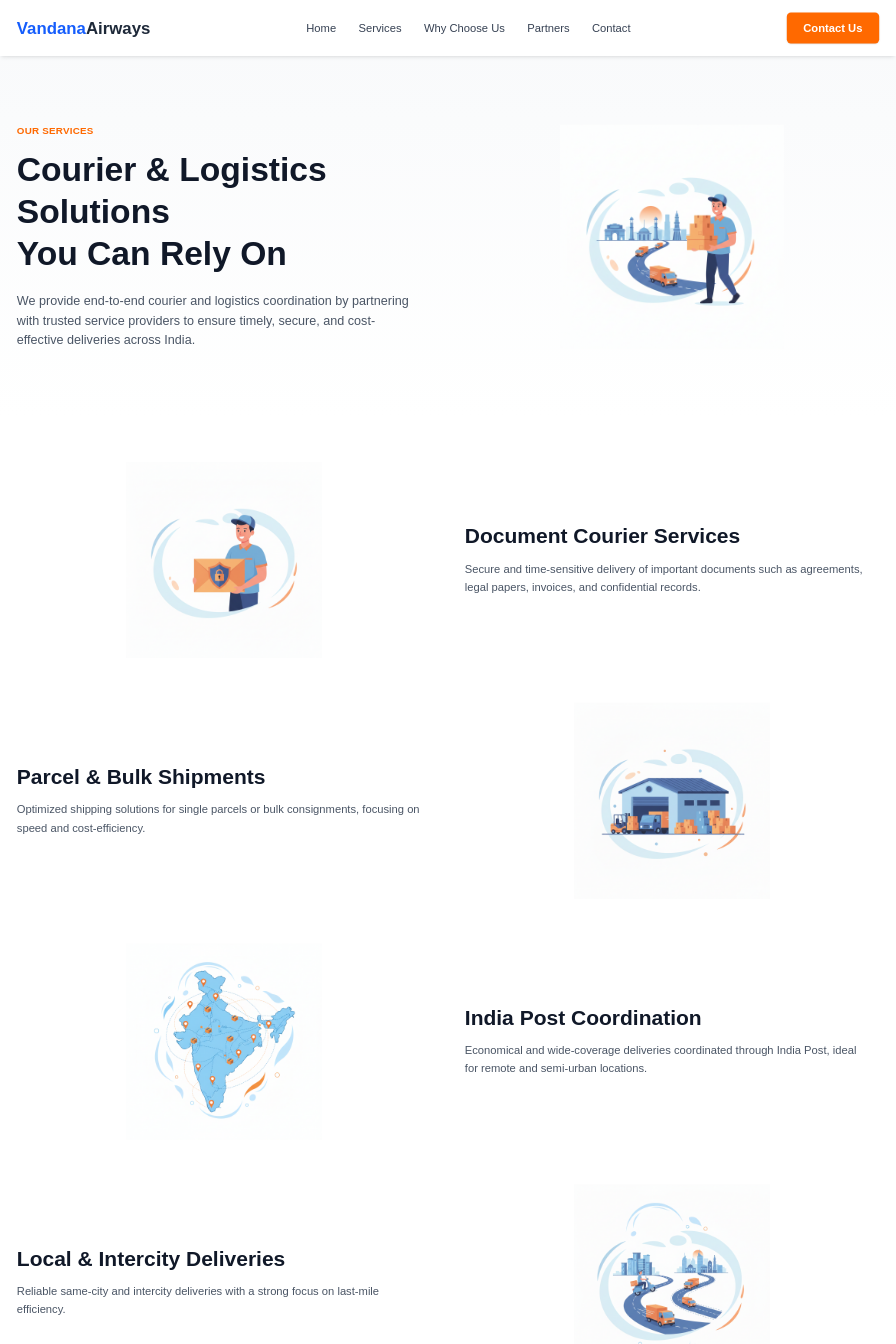
Repository: Rohit-foryou/Courier-Portfolio
Page: /services
The author's editor kept a copy of each file at every save. The page is drawn from the files as they stood at one save, then again after the next save.
The browser window is 1280 px wide. The pictures show the part of the page from y = 0 to 1920 px (the page is 4260 px tall before and 4212 px after), at 70% of full size.
The project was rebuilt for these pictures with package versions that can differ from the ones it lists, and the page was loaded fresh each time. The framework's server and built-in components were replaced by stand-ins that run in the browser. Also part of the build but not shown: next.config.ts.

Above is the page before, as saved 2026-02-10 00:38:03.

After the next save:
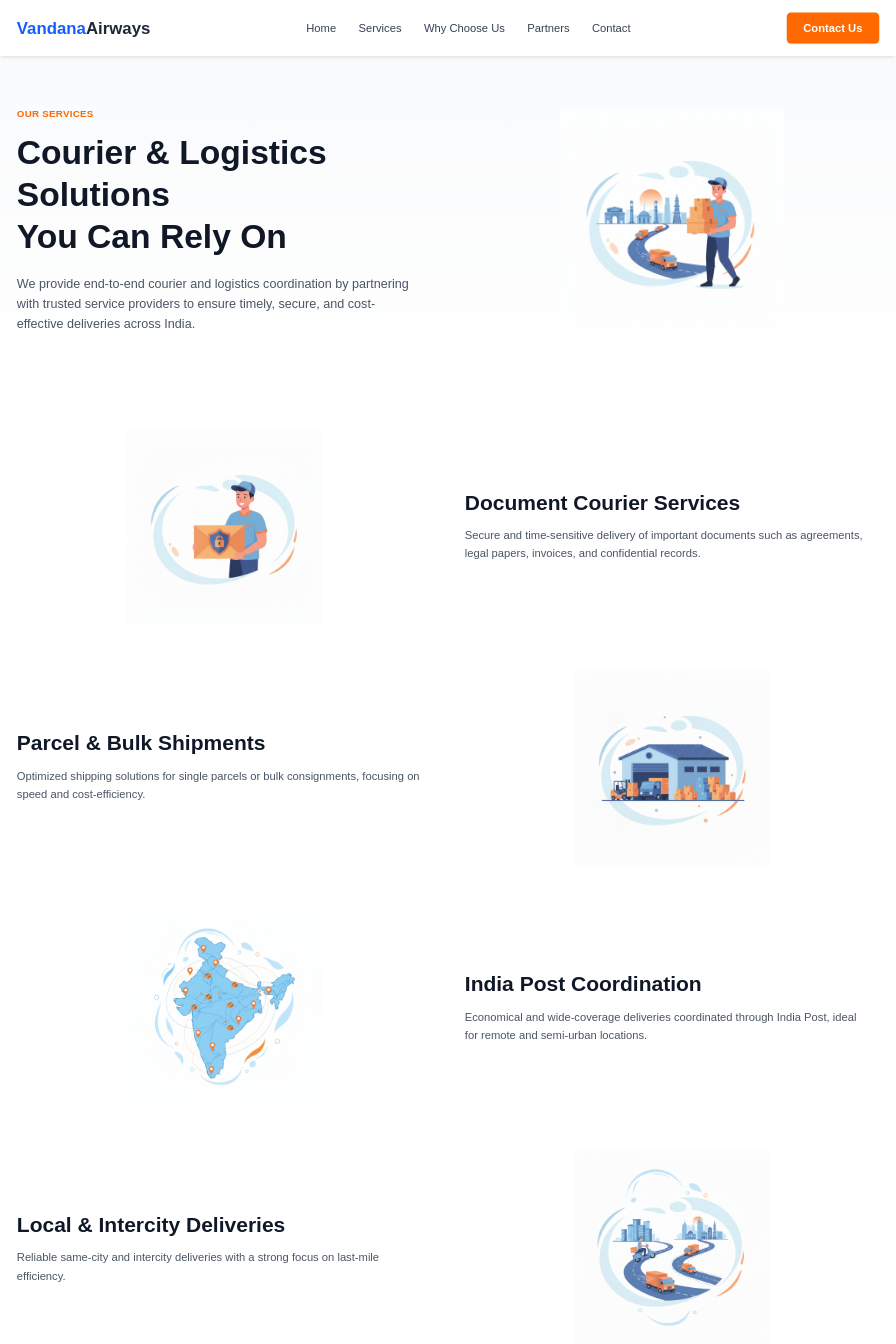
Saved 7 s later.
--- a/app/services/page.tsx
+++ b/app/services/page.tsx
@@ -38,7 +38,7 @@
   return (
     <>
       {/* HERO */}
-      <section className="bg-gradient-to-b from-gray-50 to-white py-24">
+      <section className="bg-gradient-to-b from-gray-50 to-white py-18">
         <div className="max-w-7xl mx-auto px-6 grid grid-cols-1 md:grid-cols-2 gap-12 items-center">
           <div>
             <p className="text-sm font-semibold text-orange-500 uppercase tracking-wide">
